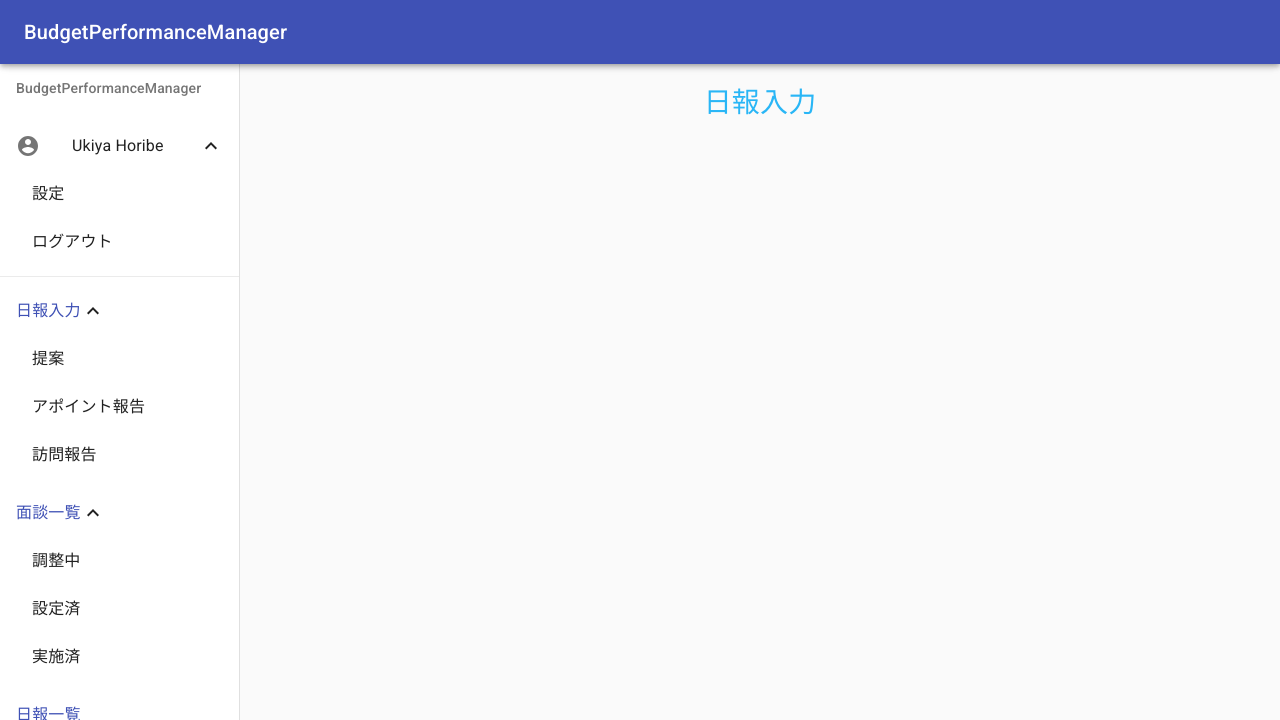
Repository: ukiyah/test
Page: /form_daily_report (app in src/)
An editor plug-in stored every save of this project. The page is shown before and after the next save, followed by the edit.
The browser window is 1280 px wide. The pictures show the whole page.
The project was rebuilt for these pictures with package versions that can differ from the ones it lists, and the page was loaded fresh each time. Also part of the build but not shown: src/Button.js, src/proposal/Table.js, src/proposal/list_proposal.js, src/Title.js, src/Chart.js, src/Deposits.js, src/Orders.js, src/Dashboard.js and 9 more.

Above is the page before, as saved 2020-02-26 13:37:37.

After the next save:
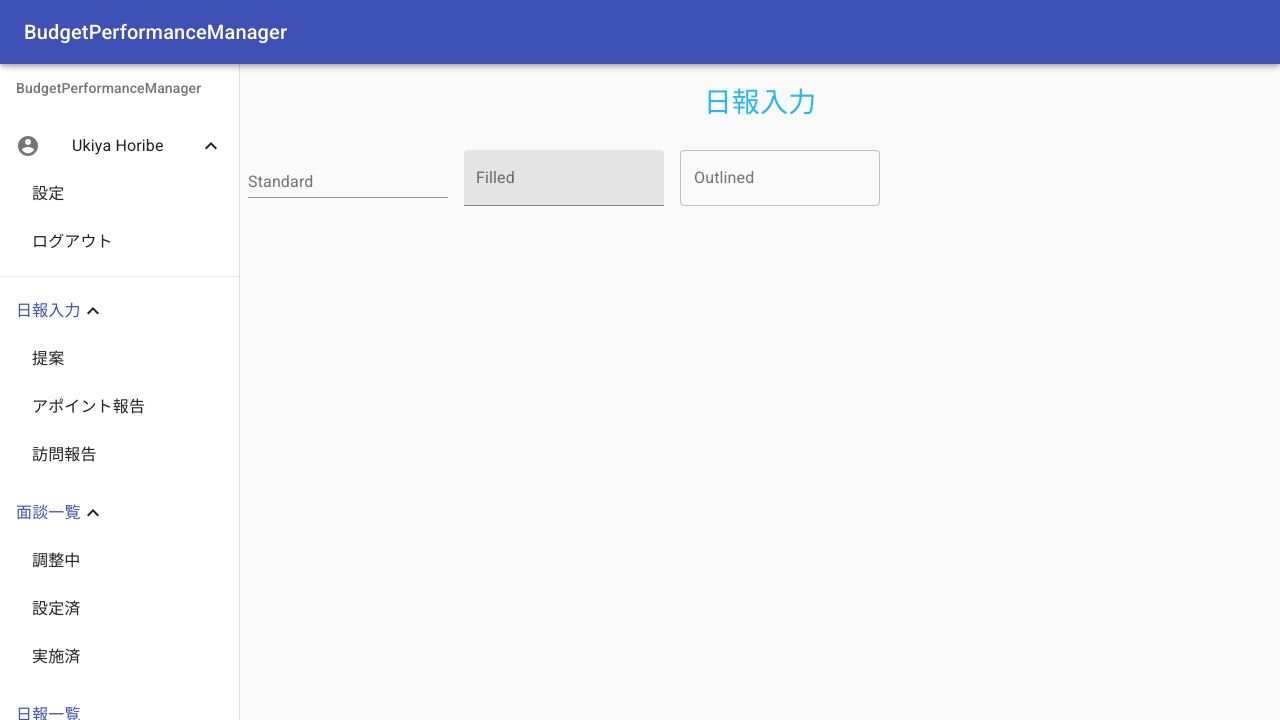
Saved 11 s later.
--- a/src/daily_report/form_daily_report.js
+++ b/src/daily_report/form_daily_report.js
@@ -29,6 +29,7 @@ export default function Dashboard() {
       <main className={classes.content}>
         <div className={classes.appBarSpacer} />
         <h1>日報入力</h1>
+        <Form />
       </main>
     </div>
   );
